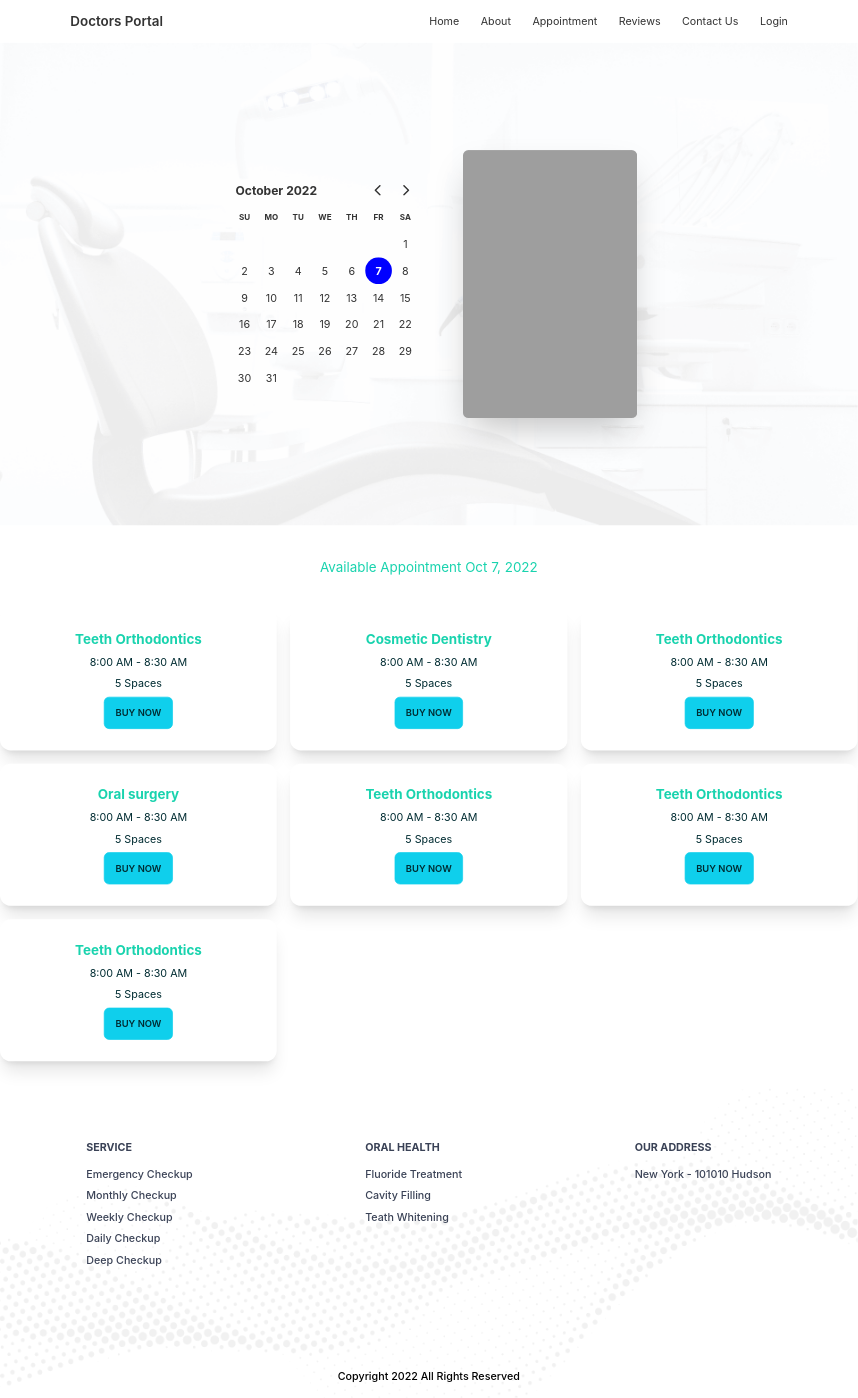
Repository: shikubro90/doctorsportal
Page: /appointment
An editor plug-in stored every save of this project. The page is shown before and after the next save, followed by the edit.
The browser window is 1280 px wide. The pictures show the whole page, at 67% of full size.
Pictures or frames that could not be fetched are drawn as grey boxes. The project was rebuilt for these pictures with package versions that can differ from the ones it lists, and the page was loaded fresh each time. Also part of the build but not shown: src/App.css, src/Pages/About/About.jsx, src/Shared/ButtonPrimary.jsx, src/Pages/Home/AppointmentCard.jsx, src/Pages/Home/AppointmentSection.jsx, src/Pages/Home/Banner.jsx, src/Pages/Home/MiniCard.jsx, src/Pages/Home/BasicInfo.jsx and 6 more.

Above is the page before, as saved 2022-10-07 14:10:00.

### src/App.js
import { Route, Routes } from 'react-router-dom';
import './App.css';
import About from './Pages/About/About';
import Appointment from './Pages/Appointment/Appointment';
import FooterSection from './Pages/Home/FooterSection';
import Home from './Pages/Home/Home';
import Navbar from './Shared/Navbar';

function App() {
  return (
    <div className="App">
      <Navbar/>
      <Routes>
        <Route path='/' element={<Home/>}/>
        <Route path='/home' element={<Home/>}/>
        <Route path='/about' element={<About/>}/>
        <Route path='/appointment' element={<Appointment/>}/>
      </Routes>
      <FooterSection/>
    </div>
  );
}

export default App;

### src/Pages/Appointment/Appointment.jsx
import { useState } from 'react'
import AppointmentBanner from './AppointmentBanner'
import AvailableAppointment from './AvailableAppointment'

const Appointment = () => {

  const [date, setDate] = useState(new Date())
  return (
    <div>
      <AppointmentBanner date={date} setDate={setDate}/>
      <AvailableAppointment date={date}/>
    </div>
  )
}

export default Appointment

### src/Pages/Home/FooterSection.jsx
import React from 'react'
import FooterSingleCard from './FooterSingleCard'
import { footerData } from '../../assets/resourse/Resourse'
import footerBg from '../../assets/images/footer.png'

const FooterSection = () => {
  return (
    <div
      className="main"
      style={{
        background: `url(${footerBg})`,
        backgroundSize: 'cover',
        backgroundPositionY: 'center',
      }}
    >
      <div className="lg:flex items-start justify-around py-[76px]">
        {footerData.map(({ id, title, list }) => {
          return <FooterSingleCard key={id} title={title} list={list} />
        })}
      </div>
      <div className="copyWrite flex items-center justify-center py-5 text-black font-medium">
        <span>Copyright 2022 All Rights Reserved</span>
      </div>
    </div>
  )
}

export default FooterSection

### src/Shared/Navbar.jsx
import React from 'react'
import { Link } from 'react-router-dom'

const Navbar = () => {
  return (
    <div className="lg:px-20">
      <div className="navbar bg-base-100">
        <div className="navbar-start">

          <div className="dropdown">
            <label tabIndex={0} className="btn btn-ghost lg:hidden">
              <svg
                xmlns="http://www.w3.org/2000/svg"
                className="h-5 w-5"
                fill="none"
                viewBox="0 0 24 24"
                stroke="currentColor"
              >
                <path
                  strokeLinecap="round"
                  strokeLinejoin="round"
                  strokeWidth="2"
                  d="M4 6h16M4 12h16M4 18h16"
                />
              </svg>
            </label>
            <ul
              tabIndex={0}
              className="menu menu-compact dropdown-content mt-3 p-2 shadow bg-base-100 rounded-box w-52"
            >
              <li>
                <Link to="/home">Home</Link>
              </li>
              <li>
                <Link to="/about">About</Link>
              </li>
              <li>
                <Link to="/appointment">Appointment</Link>
              </li>
              <li>
                <Link to="/review">Reviews</Link>
              </li>
              <li>
                <Link to="/contact">Contact Us</Link>
              </li>
              <li>
                <Link to="/contact">Login</Link>
              </li>
            </ul>
          </div>
          <Link to="/" className="btn btn-ghost normal-case text-xl">
            Doctors Portal
          </Link>
        </div>

        <div className="navbar-center hidden lg:flex">
          <ul className="menu menu-horizontal p-0 pl-20">
            <li>
              <Link to="/home">Home</Link>
            </li>
            <li>
              <Link to="/about">About</Link>
            </li>
            <li>
              <Link to="/appointment">Appointment</Link>
            </li>
            <li>
              <Link to="/review">Reviews</Link>
            </li>
            <li>
              <Link to="/contact">Contact Us</Link>
            </li>
            <li>
              <Link to="/contact">Login</Link>
            </li>
          </ul>
        </div>
      </div>
    </div>
  )
}

export default Navbar

### src/Pages/Appointment/AppointmentBanner.jsx
import bg from '../../assets/images/bg.png'
import { DayPicker } from 'react-day-picker'
import 'react-day-picker/dist/style.css'

const AppointmentBanner = ({date, setDate}) => {

  return (
    <div
      className="hero min-h-screen bg-base-200"
      style={{ background: `url(${bg})`, backgroundSize: 'cover' }}
    >
      <div className="hero-content flex-col lg:flex-row-reverse gap-[50px]">
        <img
          src="https://placeimg.com/260/400/arch"
          className="max-w-md rounded-lg shadow-2xl"
          alt="banner"
        />
        <div>
          <DayPicker mode="single" selected={date} onSelect={setDate} />
        </div>
      </div>
    </div>
  )
}

export default AppointmentBanner

### src/Pages/Appointment/AvailableAppointment.jsx
import format from 'date-fns/format'
import { useEffect, useState } from 'react'
import Services from './Services'

const AvailableAppointment = ({ date }) => {
  const [serviceData, setServiceData] = useState([])

  useEffect(() => {
    fetch('Services.json')
      .then((res) => {
        return res.json()
      })
      .then((data) => {
        return setServiceData(data)
      })
  }, [])

  return (
    <div className="my-10">
      <h3 className="my-12 text-xl text-secondary text-center">
        Available Appointment {format(date, 'PP')}{' '}
      </h3>
      <div className="grid grid-cols-1 md:grid-cols-2 lg:grid-cols-3 gap-5">
        {serviceData.map((service) => {
          return (
            <div key={service._id} className="div">
              <Services services={service}/>
            </div>
          )
        })}
      </div>
    </div>
  )
}

export default AvailableAppointment

### src/Pages/Home/FooterSingleCard.jsx
import React from 'react'
import { Link } from 'react-router-dom'

const FooterSingleCard = (props) => {
  const { title, list } = props
  return (
    <div className="sm:mb-[50px] main flex justify-start items-start">
      <div className="container flex flex-col">
        <div className="title font-bold text-accent uppercase lg:mb-3">{title}</div>
        <div className="list">
          <ul>
            {list.map(({ id, item }) => {
              return (
                <div key={id}>
                  <li className='text-accent py-1 lg:font-medium'><Link to="/">{item}</Link></li>
                </div>
              )
            })}
          </ul>
        </div>
      </div>
    </div>
  )
}

export default FooterSingleCard

### src/assets/resourse/Resourse.js
import clock from '../icons/clock.svg'
import marker from '../icons/marker.svg'
import phone from '../icons/phone.svg'

import cavity from '../images/cavity.png'
import fluorid from '../images/fluoride.png'
import whitening from '../images/whitening.png'

import doctor from '../images/doctor-small.png'
import treatment from '../images/treatment.png'

import bgImage from '../images/appointment.png'


import people1 from '../images/people1.png'
import people2 from '../images/people2.png'
import people3 from '../images/people3.png'

export const miniCard = [
  {
    id: 0,
    icon: clock,
    title: 'Opening Hours',
    disc: 'Lorem Ipsum is simply dummy text of the pri',
    style: 'bg-gradient-to-r from-secondary to-primary text-white',
  },

  {
    id: 1,
    icon: marker,
    title: 'Visit our location',
    disc: 'Lorem Ipsum is simply dummy text of the pri',
    style: 'bg-[#3A4256] text-white',
  },

  {
    id: 2,
    icon: phone,
    title: 'Contact us now',
    disc: 'Lorem Ipsum is simply dummy text of the pri',
    style: 'bg-gradient-to-r from-secondary to-primary text-white',
  },
]

export const serviceMiniCard = [
  {
    id: 0,
    icon: cavity,
    title: 'Fluoride Treatment',
    disc:
      'Lorem Ipsum is simply dummy printing and typesetting indust Ipsum has been the',
    style: '',
  },
  {
    id: 1,
    icon: fluorid,
    title: 'Cavity Filling',
    disc:
      'Lorem Ipsum is simply dummy printing and typesetting indust Ipsum has been the',
    style: '',
  },
  {
    id: 2,
    icon: whitening,
    title: 'Teeth Whitening',
    disc:
      'Lorem Ipsum is simply dummy printing and typesetting indust Ipsum has been the',
    style: '',
  },
]

export const appointment = [
  {
    id: 0,
    image: treatment,
    title: 'Exceptional Dental Care, on Your Terms',
    desc:
      'Lorem Ipsum is simply dummy text of the printing and typesetting industry. Lorem Ipsum has been the industry s standard dummy text ever since the 1500s, when an unknown printer took a galley of type and scrambled it to make a type specimen book. It has survived not only five centuries.',
    button_text: 'Get Start',
    style: '',
  },
  {
    id: 1,
    image: doctor,
    shortTitle: 'Appointment',
    title: 'Make an appointment Today',
    desc:
      'Lorem Ipsum is simply dummy text of the printing and typesetting industry. Lorem Ipsum has been the industry s standard dummy text ever since the 1500s, when an unknown printer took a galley of type and scrambled it to make a type specimen book. It has survived not only five centuries.',
    button_text: 'Get Start',
    style: bgImage,
  },
]

export const testimonial = [
    {
        id : 0,
        desc : "It is a long established fact that by the readable content of a lot layout. The point of using Lorem a more-or-less normal distribu to using Content here, content",
        image : people1,
        name : "Winson Herry",
        country : "California"
    },
    {
        id : 1,
        desc : "It is a long established fact that by the readable content of a lot layout. The point of using Lorem a more-or-less normal distribu to using Content here, content",
        image : people2,
        name : "Winson Herry",
        country : "California"
    },
    {
        id : 2,
        desc : "It is a long established fact that by the readable content of a lot layout. The point of using Lorem a more-or-less normal distribu to using Content here, content",
        image : people3,
        name : "Winson Herry",
        country : "California"
    },
]

export const footerData = [
  {
    id : 0,
    title : "Service",
    list : [
      {
        id : 0,
        item : "Emergency Checkup"
      },
      {
        id : 1,
        item : "Monthly Checkup"
      },
      {
        id : 2,
        item : "Weekly Checkup"
      },
      {
        id : 3,
        item : "Daily Checkup"
      },
      {
        id : 4,
        item : "Deep Checkup"
      },

    ]
  },
  {
    id : 1,
    title : "ORAL HEALTH",
    list : [
      {
        id : 0,
        item : "Fluoride Treatment"
      },
      {
        id : 1,
        item : "Cavity Filling"
      },
      {
        id : 2,
        item : "Teath Whitening"
      }
    ]
  },
  {
    id : 2,
    title : "OUR ADDRESS",
    list : [
      {
        id : 0,
        item : "New York - 101010 Hudson"
      }
    ]
  },
]

### src/Pages/Appointment/Services.jsx
import React from 'react'

const Services = ({ services }) => {
  const { name, slots } = services
  console.log(name)
  return (
    <div className="card lg:max-w-lg bg-base-100 text-primary-content shadow-xl">
      <div className="card-body items-center">
        <h2 className="card-title text-xl font-bold text-secondary">{name}</h2>
        <p>
          {slots.length > 0 ? (
            <span>{slots[0]}</span>
          ) : (
            <span>Try Another Date</span>
          )}
        </p>
        <p>
            {slots.length} {slots.length>1 ? "Spaces" : "Space"}
        </p>
        <div className="card-actions justify-end">
          <button className="btn btn-primary">Buy Now</button>
        </div>
      </div>
    </div>
  )
}

export default Services

### tailwind.config.js
/** @type {import('tailwindcss').Config} */

module.exports = {
  content: ['./src/**/*.{js,jsx,ts,tsx}'],
  theme: {},
  daisyui: {
    themes: [
      {
        doctorstheme: {
          primary: '#0FCFEC',
          secondary: '#19D3AE',
          accent: '#3A4256',
          neutral: '#3d4451',
          'base-100': '#ffffff',
        },
      },
      'light',
      'cupcake',
    ],
  },
  plugins: [require('daisyui')],
}

### public/Services.json
[
  {
    "_id": 0,
    "name": "Teeth Orthodontics",
    "slots": [
      "8:00 AM - 8:30 AM",
      "8:00 AM - 9:00 AM",
      "9:00 AM - 9:30 AM",
      "9:30 AM - 10:00 AM",
      "10:00 AM - 10:30 AM"
    ]
  },
  {
    "_id": 1,
    "name": "Cosmetic Dentistry",
    "slots": [
      "8:00 AM - 8:30 AM",
      "8:00 AM - 9:00 AM",
      "9:00 AM - 9:30 AM",
      "9:30 AM - 10:00 AM",
      "10:00 AM - 10:30 AM"
    ]
  },
  {
    "_id": 2,
    "name": "Teeth Orthodontics",
    "slots": [
      "8:00 AM - 8:30 AM",
      "8:00 AM - 9:00 AM",
      "9:00 AM - 9:30 AM",
      "9:30 AM - 10:00 AM",
      "10:00 AM - 10:30 AM"
    ]
  },
  {
    "_id": 3,
    "name": "Oral surgery",
    "slots": [
      "8:00 AM - 8:30 AM",
      "8:00 AM - 9:00 AM",
      "9:00 AM - 9:30 AM",
      "9:30 AM - 10:00 AM",
      "10:00 AM - 10:30 AM"
    ]
  },
  {
    "_id": 4,
    "name": "Teeth Orthodontics",
    "slots": [
      "8:00 AM - 8:30 AM",
      "8:00 AM - 9:00 AM",
      "9:00 AM - 9:30 AM",
      "9:30 AM - 10:00 AM",
      "10:00 AM - 10:30 AM"
    ]
  },
  {
    "_id": 5,
    "name": "Teeth Orthodontics",
    "slots": [
      "8:00 AM - 8:30 AM",
      "8:00 AM - 9:00 AM",
      "9:00 AM - 9:30 AM",
      "9:30 AM - 10:00 AM",
      "10:00 AM - 10:30 AM"
    ]
  },
  {
    "_id": 6,
    "name": "Teeth Orthodontics",
    "slots": [
      "8:00 AM - 8:30 AM",
      "8:00 AM - 9:00 AM",
      "9:00 AM - 9:30 AM",
      "9:30 AM - 10:00 AM",
      "10:00 AM - 10:30 AM"
    ]
  }
]

Loaded but not shown: public/index.html (common file); src/index.js (common file); src/index.css (common file); src/reportWebVitals.js (common file)

After the next save:
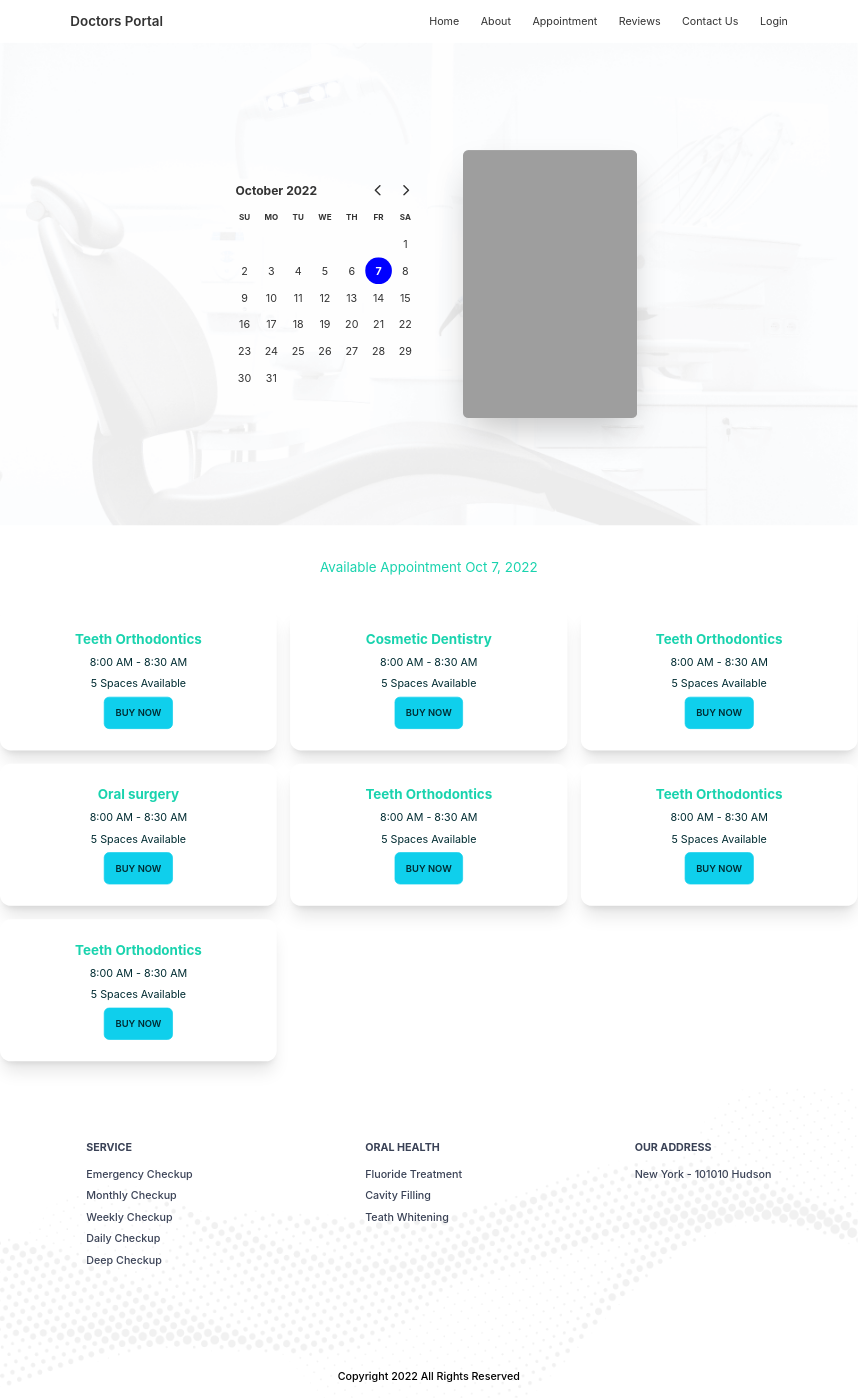
Saved 6 s later.
--- a/src/Pages/Appointment/Services.jsx
+++ b/src/Pages/Appointment/Services.jsx
@@ -15,7 +15,7 @@ const Services = ({ services }) => {
           )}
         </p>
         <p>
-            {slots.length} {slots.length>1 ? "Spaces" : "Space"}
+            {slots.length} {slots.length>1 ? "Spaces" : "Space"} Available
         </p>
         <div className="card-actions justify-end">
           <button className="btn btn-primary">Buy Now</button>
